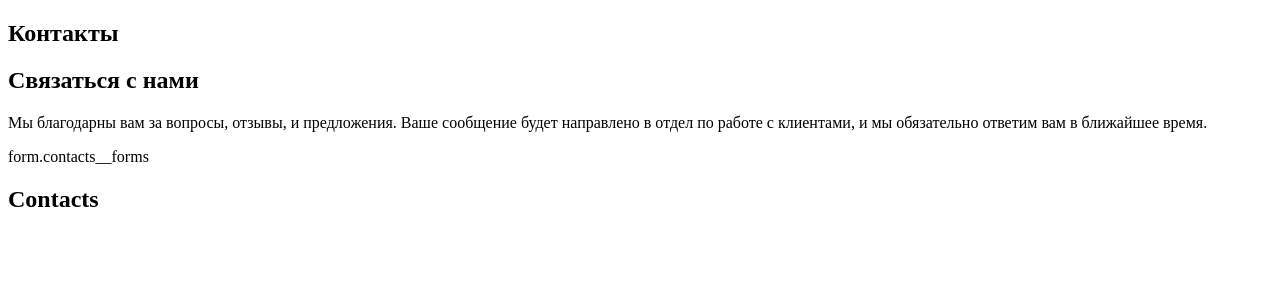
Repository: Azimich/Cleaning_
Page: src/pages/MainPage/contacts/contacts.html
These files come from the project's save history. The page is drawn as it stood at one moment and after a run of saves; the edit follows.
The browser window is 1280 px wide. The pictures show the whole page.

Above is the page before, as saved 2022-10-11 20:44:08.

After the next 3 saves:
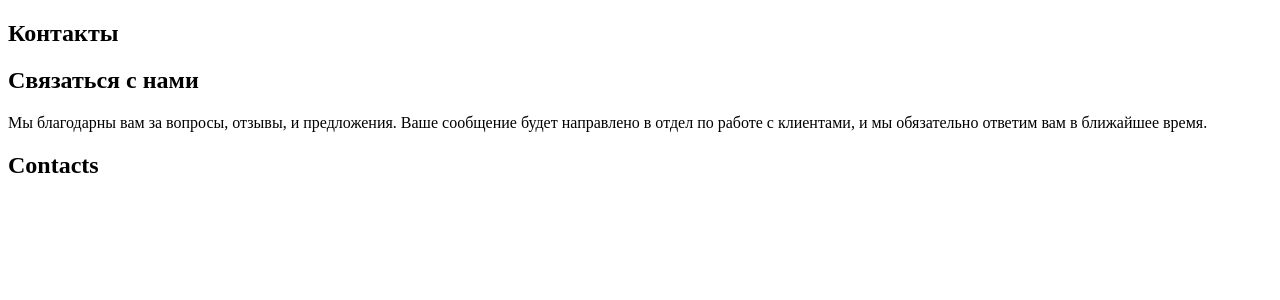
The 3 saves are shown as one change because they came seconds apart.
The last was saved 7 s later.
--- a/src/pages/MainPage/contacts/contacts.html
+++ b/src/pages/MainPage/contacts/contacts.html
@@ -13,7 +13,7 @@
           <p>
             Мы благодарны вам за вопросы, отзывы, и предложения. Ваше сообщение будет направлено в отдел по работе с клиентами, и мы обязательно ответим вам в ближайшее время.
           </p>
-          form.contacts__forms
+          <form action="#" class="contacts__form"></form>
         </div>
         <div class="contacts__maps"></div>
       </div>
